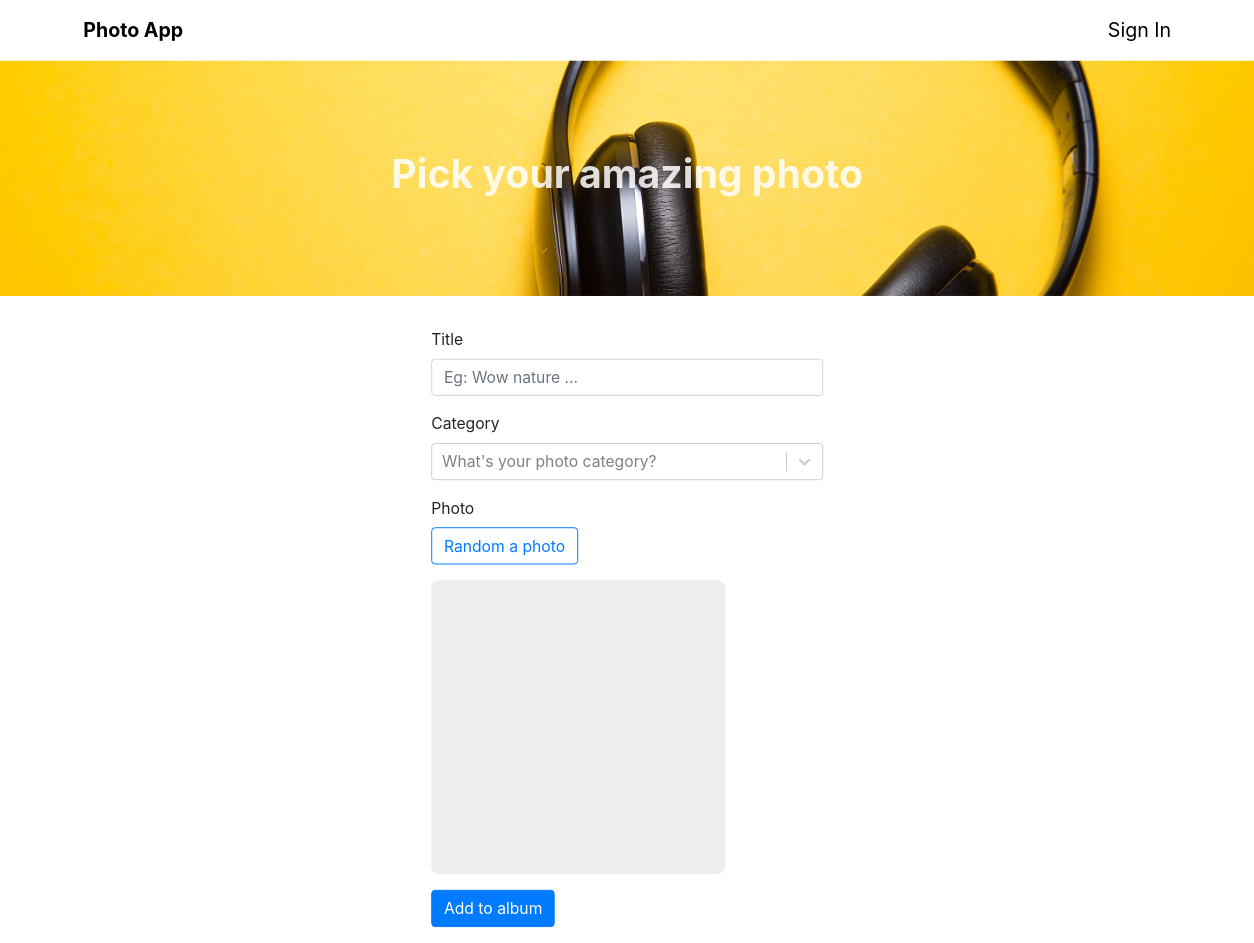
Repository: baodien1405/redux-photo-app
Page: /photos/add
These files come from the project's save history. The page is drawn as it stood at one moment and after the next save; the edit follows.
The browser window is 1280 px wide. The pictures show the whole page, at 98% of full size.
The page's requests for data from a server got no answer. The project was rebuilt for these pictures with package versions that can differ from the ones it lists, and the page was loaded fresh each time. No one was signed in, and anything a server would have sent is missing. Also part of the build but not shown: src/components/NotFound/index.jsx, src/features/Auth/pages/SignIn/index.jsx, src/App.scss, src/constants/images.js, src/features/Photo/components/PhotoCard/PhotoCard.scss, src/features/Photo/components/PhotoCard/index.jsx, src/features/Photo/components/PhotoList/index.jsx, src/features/Photo/pages/Main/index.jsx.

Above is the page before, as saved 2021-07-15 16:44:15.

### src/index.js
import React from "react";
import ReactDOM from "react-dom";
import "./index.css";
import "bootstrap/dist/css/bootstrap.min.css";
import App from "./App";
import reportWebVitals from "./reportWebVitals";
import { Provider } from "react-redux";
import store from "app/store";

ReactDOM.render(
  <React.StrictMode>
    <Provider store={store}>
      <App />
    </Provider>
  </React.StrictMode>,
  document.getElementById("root")
);

// If you want to start measuring performance in your app, pass a function
// to log results (for example: reportWebVitals(console.log))
// or send to an analytics endpoint. Learn more: https://bit.ly/CRA-vitals
reportWebVitals();

### src/app/store.js
import { configureStore } from "@reduxjs/toolkit";
import photoReducer from "features/Photo/photoSlice";
import userReducer from "./userSlice";

const rootReducer = {
  photos: photoReducer,
  user: userReducer,
};

const store = configureStore({
  reducer: rootReducer,
});

export default store;

### src/components/Header/index.jsx
import React from "react";
import { NavLink } from "react-router-dom";
import { Container, Row, Col } from "reactstrap";
import "./Header.scss";

Header.propTypes = {};

function Header() {
  return (
    <header className="header">
      <Container>
        <Row className="justify-content-between">
          <Col xs="auto">
            <a
              className="header__link header__title"
              href="http://baodien1405.surge.sh"
              target="_blank"
              rel="noopener noreferrer"
            >
              Photo App
            </a>
          </Col>

          <Col xs="auto">
            <NavLink
              exact
              className="header__link"
              to="/sign-in"
              activeClassName="header__link--active"
            >
              Sign In
            </NavLink>
          </Col>
        </Row>
      </Container>
    </header>
  );
}

export default Header;

### src/api/productApi.js
import axiosClient from "./axiosClient";

const productApi = {
  getAll: (params) => {
    const url = "/products";
    return axiosClient.get(url, { params });
  },
  get: (id) => {
    const url = `/products${id}`;
    return axiosClient.get(url);
  },
};
export default productApi;

### src/app/userSlice.js
import userApi from "api/userApi";

const { createSlice, createAsyncThunk } = require("@reduxjs/toolkit");

export const getMe = createAsyncThunk(
  "user/getMe",
  async (params, thunkAPI) => {
    // thunkAPI.dispatch(...)
    const currentUser = await userApi.getMe();
    return currentUser;
  }
);

const userSlice = createSlice({
  name: "user",
  initialState: {
    current: {},
    loading: false,
    error: "",
  },
  reducers: {},
  extraReducers: {
    [getMe.pending]: (state) => {
      state.loading = true;
    },
    [getMe.rejected]: (state, action) => {
      state.loading = false;
      state.error = action.error;
    },
    [getMe.fulfilled]: (state, action) => {
      state.loading = false;
      state.current = action.payload;
    },
  },
});

const { reducer: userReducer } = userSlice;

export default userReducer;

### src/features/Photo/index.jsx
import React from "react";
import { Route, Switch, useRouteMatch } from "react-router-dom";
import NotFound from "../../components/NotFound";
import AddEditPage from "./pages/AddEdit";
import MainPage from "./pages/Main";

Photo.propTypes = {};

function Photo(props) {
  const match = useRouteMatch();
  console.log({ match });

  return (
    <Switch>
      <Route exact path={match.url} component={MainPage} />

      <Route path={`${match.url}/add`} component={AddEditPage} />
      <Route path={`${match.url}/:photoId`} component={AddEditPage} />

      <Route component={NotFound} />
    </Switch>
  );
}

export default Photo;

### src/components/Header/Header.scss
.header {
  padding: 1rem 0;
  font-size: 1.25rem;

  &__title {
    font-weight: bold;
  }

  &__link {
    color: #000;
    transition: all 0.25s ease-in-out 0s;

    &--active,
    &:hover {
      text-decoration: none;
      color: var(--primary);
    }
  }
}

### src/api/userApi.js
import firebase from "firebase/app";
import "firebase/auth";

const userApi = {
  getMe: () => {
    // TODO: Call API to get current user
    return new Promise((resolve, reject) => {
      // Wait 500ms ==> return result
      setTimeout(() => {
        const currentUser = firebase.auth().currentUser;
        resolve({
          id: currentUser.uid,
          name: currentUser.displayName,
          email: currentUser.email,
          photoUrl: currentUser.photoURL,
        });
      }, 500);
    });
  },
};
export default userApi;

### src/features/Photo/pages/AddEdit/index.jsx
import Banner from "components/Banner";
import PhotoForm from "features/Photo/components/PhotoForm";
import React from "react";
import { useDispatch, useSelector } from "react-redux";
import { addPhoto, updatePhoto } from "features/Photo/photoSlice";
// import Banner from "../../../../components/Banner";
// import PhotoForm from "../../components/PhotoForm";
import "./styles.scss";
import { useHistory, useParams } from "react-router-dom";
import { randomNumber } from "utils/common";

AddEditPage.propTypes = {};

function AddEditPage(props) {
  const dispatch = useDispatch();
  const history = useHistory();
  const { photoId } = useParams();
  const isAddMode = !photoId;
  // console.log({ photoId });

  const editedPhoto = useSelector((state) => {
    const foundPhoto = state.photos.find((x) => x.id === +photoId);
    console.log({ photos: state.photos, photoId, foundPhoto });
    return foundPhoto;
  });

  const initialValues = isAddMode
    ? {
        title: "",
        categoryId: null,
        photo: "",
      }
    : editedPhoto;

  const handleSubmit = (values) => {
    return new Promise((resolve) => {
      console.log("Form submit: ", values);
      setTimeout(() => {
        if (isAddMode) {
          const newPhoto = {
            ...values,
            id: randomNumber(10000, 99999),
          };
          const action = addPhoto(newPhoto);
          console.log({ action });
          dispatch(action);
        } else {
          // do something here
          const action = updatePhoto(values);
          dispatch(action);
        }

        history.push("/photos");
        resolve(true);
      }, 2000);
    });
  };

  return (
    <div className="photo-edit">
      <Banner title="Pick your amazing photo" />

      <div className="photo-edit__form">
        <PhotoForm
          isAddMode={isAddMode}
          initialValues={initialValues}
          onSubmit={handleSubmit}
        />
      </div>
    </div>
  );
}

export default AddEditPage;

### src/components/Banner/index.jsx
import React from "react";
import PropTypes from "prop-types";
import "./Banner.scss";

Banner.propTypes = {
  title: PropTypes.string,
  backgroundUrl: PropTypes.string,
};

Banner.defaultProps = {
  title: "",
  backgroundUrl: "",
};

function Banner(props) {
  const { title, backgroundUrl } = props;

  const bannerStyle = backgroundUrl
    ? { backgroundImage: `url(${backgroundUrl})` }
    : {};

  return (
    <section className="banner" style={bannerStyle}>
      <h1 className="banner__title">{title}</h1>
    </section>
  );
}

export default Banner;

### src/features/Photo/components/PhotoForm/index.jsx
import { PHOTO_CATEGORY_OPTIONS } from "constants/global";
import InputField from "custom-fields/InputField";
import RandomPhotoField from "custom-fields/RandomPhotoField";
import SelectField from "custom-fields/SelectField";
import { FastField, Form, Formik } from "formik";
import PropTypes from "prop-types";
import React from "react";
import { Button, FormGroup, Spinner } from "reactstrap";
import * as Yup from "yup";

// import { PHOTO_CATEGORY_OPTIONS } from "../../../../constants/global";
// import Images from "../../../../constants/images";

PhotoForm.propTypes = {
  onSubmit: PropTypes.func,
};

PhotoForm.defaultProps = {
  onSubmit: null,
};

function PhotoForm(props) {
  const { initialValues, isAddMode } = props;

  const validationSchema = Yup.object().shape({
    title: Yup.string().required("This field is required."),

    categoryId: Yup.number().required("This field is required.").nullable(),

    photo: Yup.string().when("categoryId", {
      is: 1,
      then: Yup.string().required("This field is required."),
      otherwise: Yup.string().notRequired(),
    }),
  });

  return (
    <Formik
      initialValues={initialValues}
      validationSchema={validationSchema}
      onSubmit={props.onSubmit}
    >
      {(formikProps) => {
        // do something here
        const { values, errors, touched, isSubmitting } = formikProps;
        console.log({ values, errors, touched });

        return (
          <Form>
            <FastField
              name="title"
              component={InputField}
              // props inject into InputField
              label="Title"
              placeholder="Eg: Wow nature ..."
            />

            <FastField
              name="categoryId"
              component={SelectField}
              // props inject into SelectField
              label="Category"
              placeholder="What's your photo category?"
              options={PHOTO_CATEGORY_OPTIONS}
            />

            <FastField
              name="photo"
              component={RandomPhotoField}
              label="Photo"
            />

            <FormGroup>
              <Button type="submit" color={isAddMode ? "primary" : "success"}>
                {isSubmitting && <Spinner size="sm" />}
                {isAddMode ? "Add to album" : "Update your photo"}
              </Button>
            </FormGroup>
          </Form>
        );
      }}
    </Formik>
  );
}

export default PhotoForm;

### src/features/Photo/pages/AddEdit/styles.scss
.photo-edit {
  &__form {
    margin: 2rem auto 1rem auto;
    max-width: 25rem;
  }
}

### src/utils/common.js
export const randomNumber = (min, max) => {
  return min + Math.trunc(Math.random() * (max - min));
};

### src/components/Banner/Banner.scss
.banner {
  display: flex;
  flex-flow: row wrap;
  justify-content: center;
  align-items: center;
  height: 15rem;

  background-image: url(../../assets/images/orange-bg.jpg);
  background-position: center;
  background-size: cover;

  &__title {
    color: rgba(255, 255, 255, 0.85);
    font-weight: bold;
  }
}

### src/constants/global.js
export const PHOTO_CATEGORY_OPTIONS = [
  { value: 1, label: "Technology" },
  { value: 2, label: "Education" },
  { value: 3, label: "Nature" },
  { value: 4, label: "Animals" },
  { value: 5, label: "Styles" },
];

### src/custom-fields/InputField/index.jsx
import React from "react";
import PropTypes from "prop-types";
import { FormFeedback, FormGroup, Input, Label } from "reactstrap";
import { ErrorMessage } from "formik";

InputField.propTypes = {
  field: PropTypes.object.isRequired,
  form: PropTypes.object.isRequired,

  type: PropTypes.string,
  label: PropTypes.string,
  placeholder: PropTypes.string,
  disabled: PropTypes.bool,
};

InputField.defaultProps = {
  type: "text",
  label: "",
  placeholder: "",
  disabled: false,
};

function InputField(props) {
  const { field, form, type, label, placeholder, disabled } = props;
  const { name, value, onChange, onBlur } = field;
  const { errors, touched } = form;
  const showError = errors[name] && touched[name];

  return (
    <FormGroup>
      {label && <Label for={name}>{label}</Label>}

      <Input
        id={name}
        name={name}
        value={value}
        onChange={onChange}
        onBlur={onBlur}
        type={type}
        disabled={disabled}
        placeholder={placeholder}
        invalid={showError}
      />

      <ErrorMessage name={name} component={FormFeedback} />
    </FormGroup>
  );
}

export default InputField;

### src/custom-fields/RandomPhotoField/index.jsx
import React from "react";
import PropTypes from "prop-types";
import { FormFeedback, FormGroup, Label } from "reactstrap";
import RandomPhoto from "components/RandomPhoto";
import { ErrorMessage } from "formik";

RandomPhotoField.propTypes = {
  field: PropTypes.object.isRequired,
  form: PropTypes.object.isRequired,

  label: PropTypes.string,
};

RandomPhotoField.defaultProps = {
  label: "",
};

function RandomPhotoField(props) {
  const { field, form, label } = props;
  const { name, value, onBlur } = field;
  const { errors, touched } = form;
  const showError = errors[name] && touched[name];

  const handleImageUrlChange = (newImageUrl) => {
    form.setFieldValue(name, newImageUrl);
  };

  return (
    <FormGroup>
      {label && <Label for={name}>{label}</Label>}

      <RandomPhoto
        name={name}
        imageUrl={value}
        onImageUrlChange={handleImageUrlChange}
        onRandomButtonBlur={onBlur}
      />
      <div className={showError ? "is-invalid" : ""}></div>
      <ErrorMessage name={name} component={FormFeedback} />
    </FormGroup>
  );
}

export default RandomPhotoField;

### src/custom-fields/SelectField/index.jsx
import React from "react";
import Select from "react-select";
import PropTypes from "prop-types";
import { FormFeedback, FormGroup, Label } from "reactstrap";
import { ErrorMessage } from "formik";

SelectField.propTypes = {
  field: PropTypes.object.isRequired,
  form: PropTypes.object.isRequired,

  label: PropTypes.string,
  placeholder: PropTypes.string,
  disabled: PropTypes.bool,
  options: PropTypes.array,
};

SelectField.defaultProps = {
  label: "",
  placeholder: "",
  disabled: false,
  options: [],
};

function SelectField(props) {
  const { field, form, options, label, placeholder, disabled } = props;
  const { name, value } = field;
  const { errors, touched } = form;
  const showError = errors[name] && touched[name];
  const selectedOption = options.find((options) => options.value === value);

  const handleSelectedOptionChange = (selectedOption) => {
    const selectedValue = selectedOption
      ? selectedOption.value
      : selectedOption;

    const changeEvent = {
      target: {
        name: name,
        value: selectedValue,
      },
    };
    field.onChange(changeEvent);
  };
  return (
    <div>
      <FormGroup>
        {label && <Label for={name}>{label}</Label>}

        <Select
          id={name}
          {...field}
          value={selectedOption}
          onChange={handleSelectedOptionChange}
          placeholder={placeholder}
          isDisabled={disabled}
          options={options}
          className={showError ? "is-invalid" : ""}
        />

        <ErrorMessage name={name} component={FormFeedback} />
      </FormGroup>
    </div>
  );
}

export default SelectField;

### src/components/RandomPhoto/index.jsx
import React from "react";
import PropTypes from "prop-types";
import { Button } from "reactstrap";
import "./RandomPhoto.scss";

RandomPhoto.propTypes = {
  name: PropTypes.string,
  imageUrl: PropTypes.string,
  onImageUrlChange: PropTypes.func,
  onRandomButtonBlur: PropTypes.func,
};

RandomPhoto.defaultProps = {
  name: "",
  imageUrl: "",
  onImageUrlChange: null,
  onRandomButtonBlur: null,
};

const getRandomImageUrl = () => {
  const randomId = Math.trunc(Math.random() * 2000);
  return `https://picsum.photos/id/${randomId}/300/300`;
};

function RandomPhoto(props) {
  const { name, imageUrl, onImageUrlChange, onRandomButtonBlur } = props;

  const handleRandomPhotoClick = async () => {
    if (onImageUrlChange) {
      const randomImageUrl = getRandomImageUrl();
      onImageUrlChange(randomImageUrl);
    }
  };

  return (
    <div className="random-photo">
      <div className="random-photo__button">
        <Button
          outline
          name={name}
          color="primary"
          onBlur={onRandomButtonBlur}
          onClick={handleRandomPhotoClick}
        >
          Random a photo
        </Button>
      </div>

      <div className="random-photo__photo">
        {imageUrl && (
          <img
            src={imageUrl}
            alt="Oops ... not found. Please click random again!"
            onError={handleRandomPhotoClick}
          />
        )}
      </div>
    </div>
  );
}

export default RandomPhoto;

### src/components/RandomPhoto/RandomPhoto.scss
.random-photo {
  &__button {
    margin-bottom: 1rem;
  }

  &__photo {
    width: 300px;
    height: 300px;
    border-radius: 0.5rem;
    background-color: #eee;

    & > img {
      width: 100%;
      height: 100%;

      border-radius: 0.5rem;
      vertical-align: middle;
    }
  }
}

Loaded but not shown: public/index.html (common file); src/index.css (common file); src/reportWebVitals.js (common file); src/App.js (102 lines, source omitted); src/features/Photo/photoSlice.js (111 lines, source omitted); src/api/axiosClient.js (77 lines, source omitted)

After the next save:
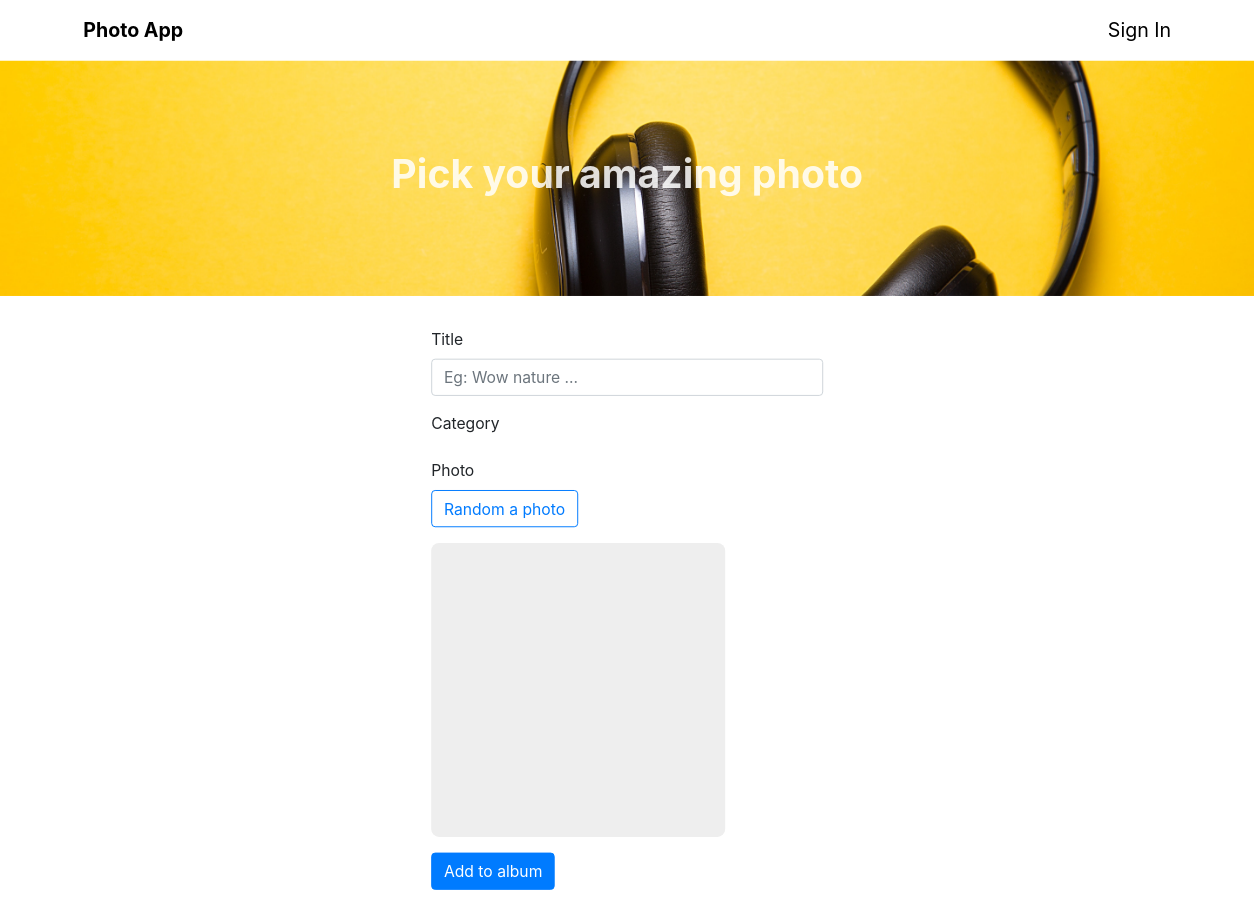
Saved 31 min 15 s later.
--- a/src/custom-fields/SelectField/index.jsx
+++ b/src/custom-fields/SelectField/index.jsx
@@ -46,7 +46,7 @@
       <FormGroup>
         {label && <Label for={name}>{label}</Label>}
 
-        <Select
+        {/* <Select
           id={name}
           {...field}
           value={selectedOption}
@@ -55,7 +55,7 @@
           isDisabled={disabled}
           options={options}
           className={showError ? "is-invalid" : ""}
-        />
+        /> */}
 
         <ErrorMessage name={name} component={FormFeedback} />
       </FormGroup>

After the save that followed:
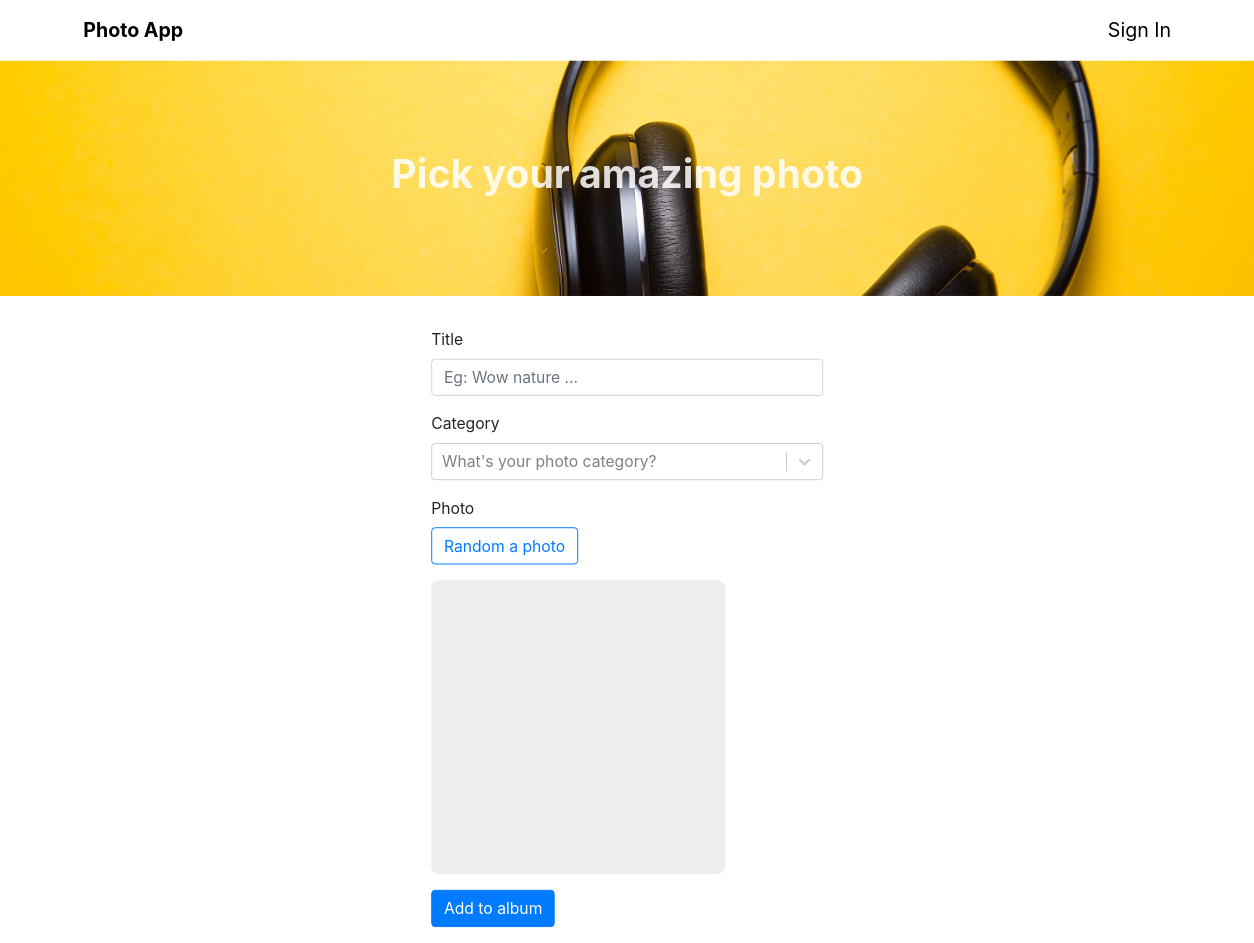
Saved 15 s later.
--- a/src/custom-fields/SelectField/index.jsx
+++ b/src/custom-fields/SelectField/index.jsx
@@ -46,7 +46,7 @@
       <FormGroup>
         {label && <Label for={name}>{label}</Label>}
 
-        {/* <Select
+        <Select
           id={name}
           {...field}
           value={selectedOption}
@@ -55,7 +55,7 @@
           isDisabled={disabled}
           options={options}
           className={showError ? "is-invalid" : ""}
-        /> */}
+        />
 
         <ErrorMessage name={name} component={FormFeedback} />
       </FormGroup>
